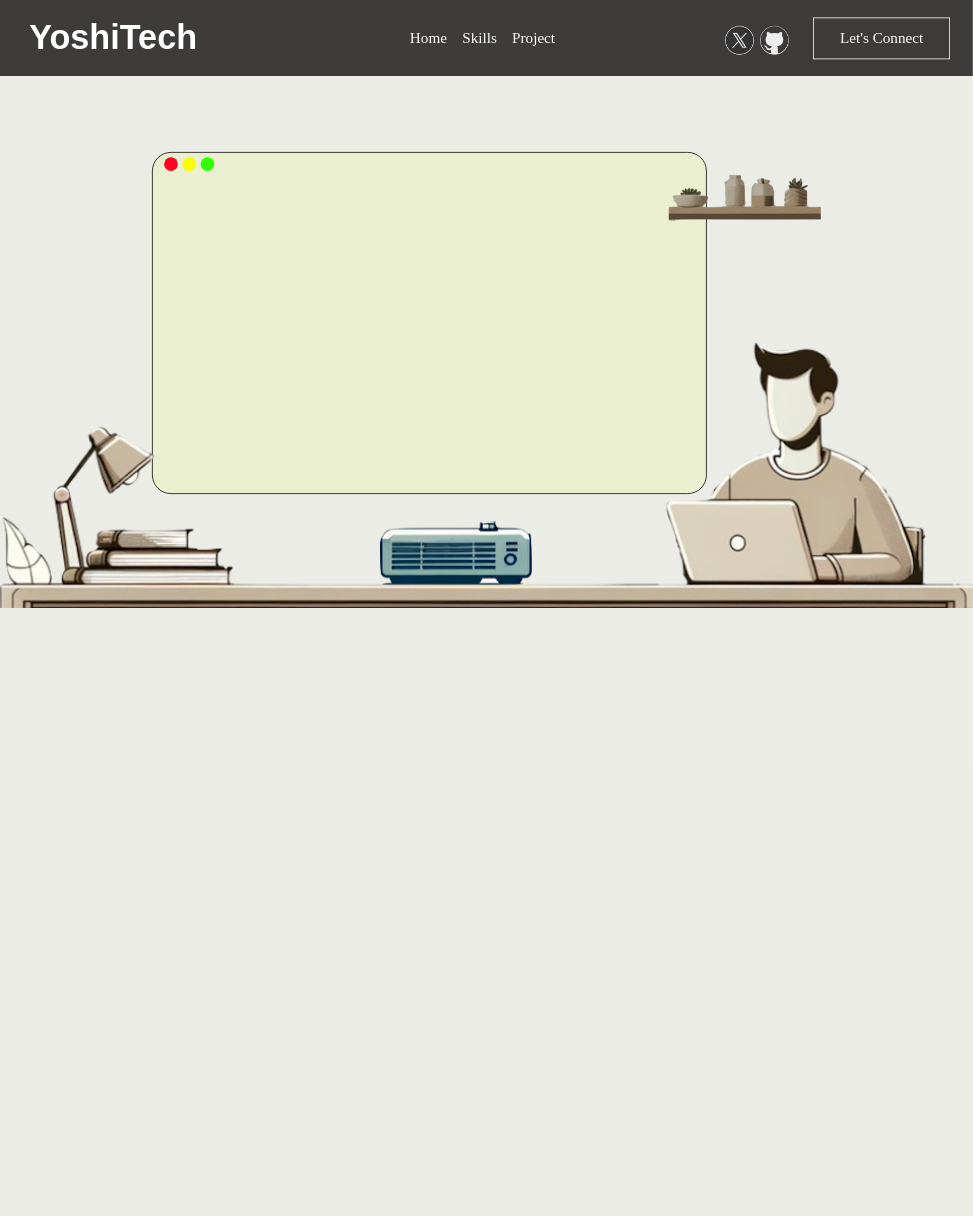
Repository: Yoshiki0418/My_Portfolio
Page: index.html
These files come from the project's save history. The page is drawn as it stood at one moment and after a run of saves; the edit follows.
The browser window is 1280 px wide. The pictures show the whole page, at 76% of full size.

Above is the page before, as saved 2024-01-06 00:17:21.

### index.html
<!DOCTYPE html>
<html lang="ja">
<head>
    <meta charset="UTF-8">
    <meta name="viewport" content="width=device-width, initial-scale=1.0">
    <title>Document</title>
    <link rel="stylesheet" type="text/css" href="style.css">
</head>
<body>
    <header>
        <h1 class="Logo">YoshiTech</h1>
        <div class="page_changer">
            <a class="changer_font">Home</a>
            <a class="changer_font">Skills</a>
            <a class="changer_font">Project</a>
        </div>
        <div class="sns_container">
            <a><img src="static/image/X.png" class="sns_pic"></a>
            <a><img src="static/image/GitHub.png" class="sns_pic"></a>
        </div>
        <div class="connect_container">
            <a class="connect_font">Let's Connect</a>
        </div>
    </header>
    <main>
        <section class="hero_section">
            <div class="monitor_container">
                <div class="circle_container">
                    <div class="circle1"></div>
                    <div class="circle2"></div>
                    <div class="circle3"></div>
                </div>
            </div>
            <img class="background2" src="static/image/4.png">
            <img class="background_sub" src="static/image/2.png">
            <img class="background" src="static/image/1.png">
        </section>
        <section class="project_section">

        </section>
    </main>

</body>
</html>

### style.css
*{
    margin: 0;
    padding: 0;
    box-sizing: border-box;
}

header {
	display: flex;
	align-items: center;
    width: 100%;
    height: 100px;
	background-color: #3E3B3B;
    position: relative;
}

.Logo{
    margin-left: 3%;
    color: white;
    font-family: 'Comic Sans MS', 'Arial Rounded MT Bold', sans-serif;
    font-size: 45px;
}

.page_changer{
    display: flex;
	align-items: center;
    padding: 20px;
    margin-left: 250px;
    margin-right: 250px;
}

.changer_font{
    color: white;
    margin: 10px;
    font-size: 20px;
}

.connect_font{
    color: white;
    font-size: 20px;
}

.connect_container{
    position: absolute;
    right: 30px;
    width: 180px;
    height: 55px;
    border: 1px solid white;
    display: flex;
    align-items: center;
    justify-content: center;
}

.sns_pic{
    width: 38px;
    height: auto;
    margin: 2px;
}

.sns_container{
    margin-top: 10px;
    position: absolute;
    right: 240px;
}

.hero_section{
    background-color: #ECECE7;
    width: 100%;
    height: 700px;
    position: relative;
    z-index: 2;
}

.monitor_container{
    background-color: #E9EFCF;
    width: 730px;
    height: 450px;
    margin-left: 200px;
    border: 1px solid rgb(0, 0, 0);
    position: absolute;
    top: 100px;
    border-radius: 25px;
    display: flex;
    flex-wrap: wrap;
}

.circle_container{
	display: flex;
	flex-wrap: wrap;
    position: absolute;
    top: 6px;
    left: 15px;
}

.background{
    position: absolute;
    bottom: 0px;
    width: 100%;
    height: auto;
}

.background_sub{
    position: absolute;
    bottom: 30px;
    left: 500px;
    width: 200px;
    height: auto;
}

.background2{
    position: absolute;
    top: 130px;
    right: 200px;
    width: 200px;
    height: auto;
}

.circle1 {
    width: 18px;
    height: 18px;
    border-radius: 50%;
    background-color: rgb(255, 0, 34);
    margin-right: 6px;
}

.circle2 {
    width: 18px;
    height: 18px;
    border-radius: 50%;
    background-color: rgb(255, 255, 0);
    margin-right: 6px;
}

.circle3 {
    width: 18px;
    height: 18px;
    border-radius: 50%;
    background-color: rgb(47, 255, 0);
}

.project_section{
    background-color: #ECECE7;
    width: 100%;
    height: 800px;
    position: relative;
}

After the next 2 saves:
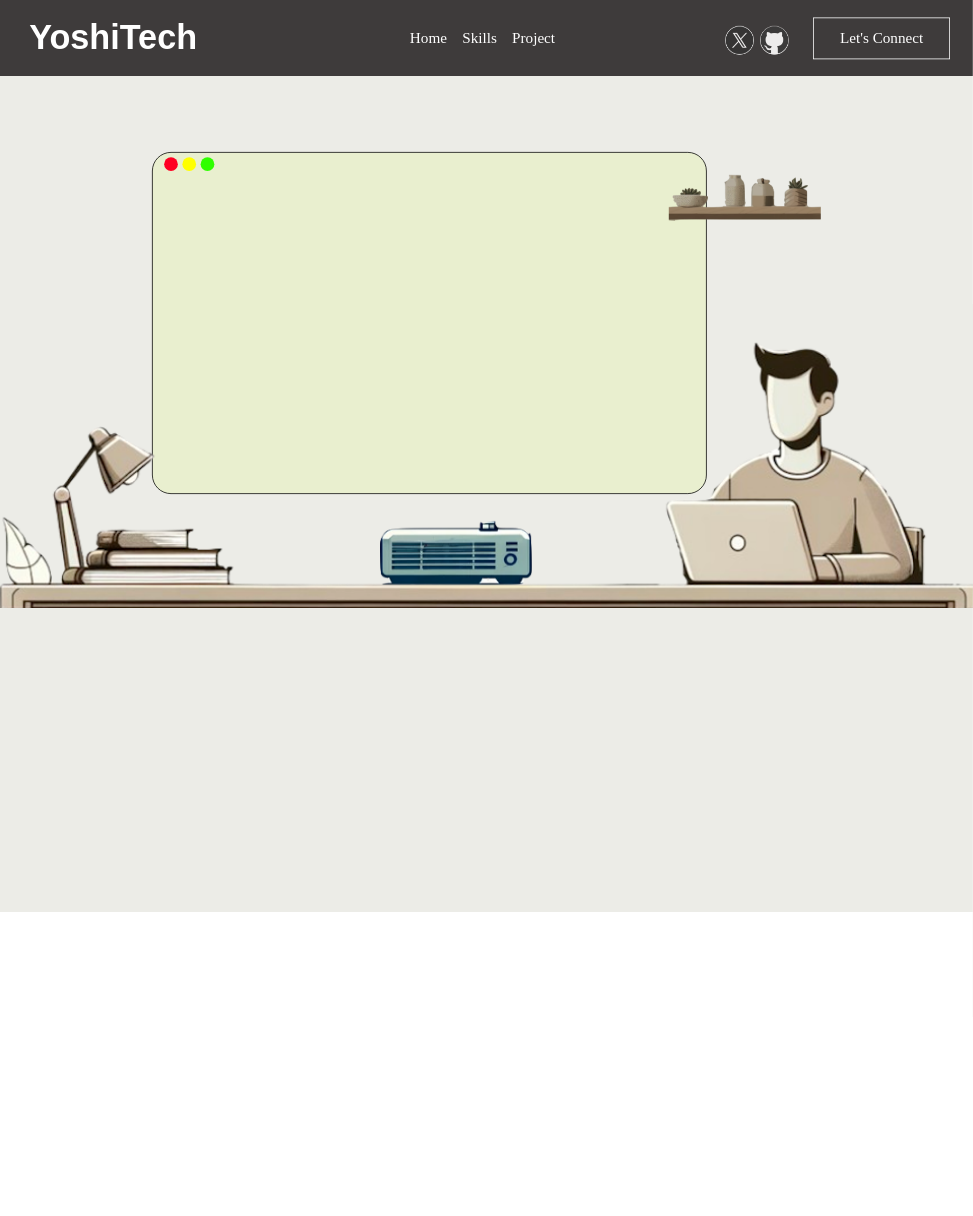
The 2 saves are shown as one change because they came seconds apart.
The last was saved 25 s later.
--- a/style.css
+++ b/style.css
@@ -142,4 +142,6 @@
     width: 100%;
     height: 800px;
     position: relative;
+    z-index: 1; /* ヒーローセクションより背面に表示 */
+    transform: translateY(-50%);
 }
